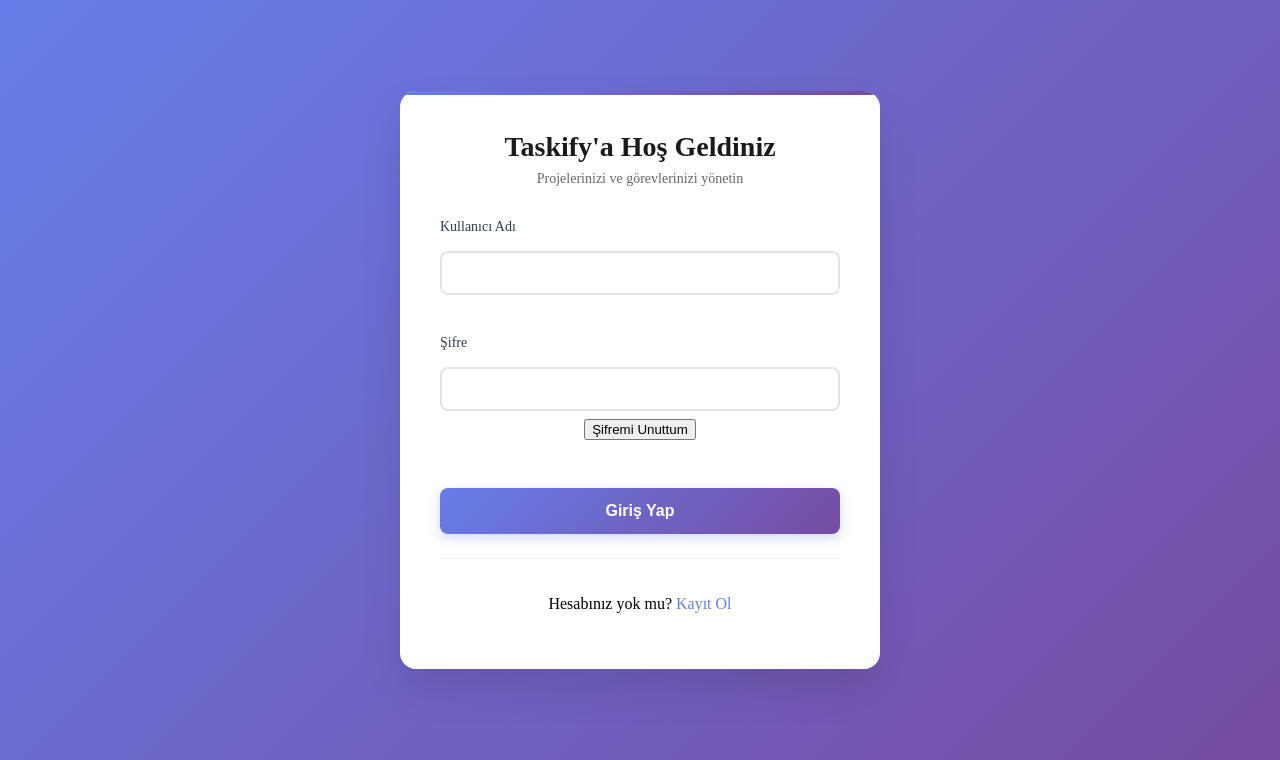
Repository: rumeyssaasya/TaskifyFrontendExample
Page: /tasks
These files come from the project's save history. The page is drawn as it stood at one moment and after the next save; the edit follows.
The browser window is 1280 px wide. The pictures show the whole page.
The project was rebuilt for these pictures with package versions that can differ from the ones it lists, and the page was loaded fresh each time. Also part of the build but not shown: vite.config.ts, src/pages/Register/register.tsx, src/component/Navbar/navbar.css, src/component/ProfileDropDownMenu/profileDropDownMenu.css, src/component/ProfileDropDownMenu/profileDropDownMenu.tsx, src/component/Navbar/navbar.tsx, src/component/ProjectList/projectList.css, src/component/EditProject/EditProject.tsx and 21 more.

Above is the page before, as saved 2025-08-09 01:47:31.

### index.html
<!doctype html>
<html lang="en">
  <head>
    <meta charset="UTF-8" />
    <link rel="icon" type="image/svg+xml" href="" />
    <meta name="viewport" content="width=device-width, initial-scale=1.0" />
    <title>Taskify</title>
  </head>
  <body>
    <div id="root"></div>
    <script type="module" src="/src/main.tsx"></script>
  </body>
</html>

### src/index.css
:root {
    margin: 0px;
    padding: 0px;
}

body {
    margin: 0px;
    padding: 0px;
}

### src/App.tsx
import './App.css'
import { BrowserRouter, Route, Routes } from 'react-router-dom';
import LoginForm from './pages/Login/login';
import RegisterForm from './pages/Register/register';
import Projects from './pages/Projects/projects';
import ProtectedRoute from './api/ProtectedRoute';
import Tasks from './pages/Tasks/tasks';
import Landing from './pages/Landing/landing';

function App() {
  return (
    <BrowserRouter>
      <Routes>
        <Route path="/" element={<Landing />} />
        <Route path="/auth/register" element={<RegisterForm />} />
         <Route path="/auth/login" element={<LoginForm/>} />
        <Route element={<ProtectedRoute />}>
          <Route path="/projects" element={<Projects />} />
          <Route path="/tasks" element={<Tasks />} />
        </Route>
      </Routes>
    </BrowserRouter>
  )
}

export default App

### src/App.css
#root {
  max-width: 100%;
  margin: 0px;
  padding: 0px;
  text-align: center;
}


@keyframes logo-spin {
  from {
    transform: rotate(0deg);
  }

  to {
    transform: rotate(360deg);
  }
}

### src/pages/Login/login.tsx
import React, { useState } from "react";
import api from "../../api/axios";
import { useNavigate } from "react-router-dom";
import "./login.css";

const LoginForm = () => {
  const [username, setUsername] = useState("");
  const [password, setPassword] = useState("");
  const [error, setError] = useState<string | null>(null);
  const [isLoading, setIsLoading] = useState(false);
  const navigate = useNavigate();

  const handleSubmit = async (e: React.FormEvent<HTMLFormElement>) => {
    e.preventDefault();
    setIsLoading(true);
    setError(null);

    try {
      const response = await api.post("/auth/login", {
        username,
        password,
      });

      const token = response.data.token;
      localStorage.setItem("token", token);
      console.log("Gelen Token:", token);
      navigate("/projects");
    } catch (err) {
      setError("Kullanıcı adı veya şifre hatalı!");
    } finally {
      setIsLoading(false);
    }
  };

  const handleForgotPassword = (e: React.MouseEvent) => {
    e.preventDefault();
    navigate("/auth/forgot-password"); // Şifre sıfırlama sayfasına yönlendir
  };

  return (
    <div className="login-page">
      <div className="login-container">
        <div className="login-header">
          <h1 className="login-title">Taskify'a Hoş Geldiniz</h1>
          <p className="login-subtitle">Projelerinizi ve görevlerinizi yönetin</p>
        </div>

        <form onSubmit={handleSubmit} className="login-form">
          {error && <div className="error-message">{error}</div>}

          <div className="form-group">
            <label className="form-label">Kullanıcı Adı</label>
            <input
              type="text"
              className="form-input"
              value={username}
              onChange={(e) => setUsername(e.target.value)}
              required
              disabled={isLoading}
            />
          </div>

          <div className="form-group">
            <label className="form-label">Şifre</label>
            <input
              type="password"
              className="form-input"
              value={password}
              onChange={(e) => setPassword(e.target.value)}
              required
              disabled={isLoading}
            />
            <div className="forgot-password-container">
              <button
                className="forgot-password-btn"
                onClick={handleForgotPassword}
                disabled={isLoading}
              >
                Şifremi Unuttum
              </button>
            </div>
          </div>

          <button type="submit" className="login-btn" disabled={isLoading}>
            {isLoading && <span className="loading-spinner"></span>}
            {isLoading ? "Giriş Yapılıyor..." : "Giriş Yap"}
          </button>
        </form>

        <div className="login-footer">
          <p>
            Hesabınız yok mu?{" "}
            <a href="/register" className="login-link" onClick={(e) => {
              e.preventDefault();
              navigate("/auth/register");
            }}>
              Kayıt Ol
            </a>
          </p>
        </div>
      </div>
    </div>
  );
};

export default LoginForm;

### src/api/ProtectedRoute.tsx
//login olmadan UI tarafa erişim sağlanmasını engellemek için
import { Navigate, Outlet } from "react-router-dom";

const ProtectedRoute = () => {
  const token = localStorage.getItem("token");
  return token ? <Outlet /> : <Navigate to="/auth/login" replace /> ;// token varsa içeriye yönlendir, yoksa login sayfasına yönlendir
};

export default ProtectedRoute;

### src/api/axios.ts
import axios from 'axios';

// 1. Axios instance oluşturuyoruz, böylece tüm isteklerde aynı baseURL kullanılır
const api = axios.create({
  baseURL: 'http://localhost:8080/', // Backend adresin, kendi projenin URL'si
});

// 2. İstek gönderilmeden önce çalışacak interceptor ekliyoruz
api.interceptors.request.use(config => {
  // 3. localStorage'dan token'ı alıyoruz
  const token = localStorage.getItem('token');

  // 4. Eğer token varsa, istek header'ına ekliyoruz
  if (token!== null) {
    config.headers.Authorization = `Bearer ${token}`;
  }

  // 5. İsteği geri döndür, böylece axios devam edebilir
  return config;
}, error => {
  // 6. Hata varsa burada yakalayabiliriz
  console.error("Axios request error:", error);
  return Promise.reject(error);

});

export default api;

### src/pages/Login/login.css
/* Login Page Styles */
.login-page {
    min-height: 100vh;
    display: flex;
    align-items: center;
    justify-content: center;
    background: linear-gradient(135deg, #667eea 0%, #764ba2 100%);
    padding: 20px;
}

.login-container {
    background: white;
    border-radius: 16px;
    box-shadow: 0 20px 40px rgba(0, 0, 0, 0.1);
    padding: 40px;
    width: 100%;
    max-width: 400px;
    position: relative;
    overflow: hidden;
}

.login-container::before {
    content: '';
    position: absolute;
    top: 0;
    left: 0;
    right: 0;
    height: 4px;
    background: linear-gradient(90deg, #667eea, #764ba2);
}

.login-header {
    text-align: center;
    margin-bottom: 32px;
}

.login-title {
    font-size: 28px;
    font-weight: 700;
    color: #1a1a1a;
    margin: 0 0 8px 0;
}

.login-subtitle {
    color: #666;
    font-size: 14px;
    margin: 0;
}

.login-form {
    display: flex;
    flex-direction: column;
    gap: 20px;
}

.form-group {
    display: flex;
    flex-direction: column;
    gap: 8px;
}

.form-label {
    font-weight: 600;
    color: #333;
    font-size: 14px;
}

.form-input {
    padding: 14px 16px;
    border: 2px solid #e1e5e9;
    border-radius: 8px;
    font-size: 14px;
    transition: all 0.3s ease;
    background: white;
}

.form-input:focus {
    outline: none;
    border-color: #667eea;
    box-shadow: 0 0 0 3px rgba(102, 126, 234, 0.1);
}

.login-btn {
    padding: 14px 24px;
    background: linear-gradient(135deg, #667eea, #764ba2);
    color: white;
    border: none;
    border-radius: 8px;
    font-weight: 600;
    font-size: 16px;
    cursor: pointer;
    transition: all 0.3s ease;
    box-shadow: 0 4px 12px rgba(102, 126, 234, 0.3);
    margin-top: 8px;
}

.login-btn:hover {
    transform: translateY(-2px);
    box-shadow: 0 6px 16px rgba(102, 126, 234, 0.4);
}

.login-btn:active {
    transform: translateY(0);
}

.login-btn:disabled {
    background: #ccc;
    cursor: not-allowed;
    transform: none;
    box-shadow: none;
}

.login-footer {
    text-align: center;
    margin-top: 24px;
    padding-top: 20px;
    border-top: 1px solid #f0f0f0;
}

.login-link {
    color: #667eea;
    text-decoration: none;
    font-weight: 500;
    transition: color 0.3s ease;
}

.login-link:hover {
    color: #764ba2;
    text-decoration: underline;
}

.error-message {
    background: #ffebee;
    color: #c62828;
    padding: 12px 16px;
    border-radius: 8px;
    font-size: 14px;
    border: 1px solid #ffcdd2;
    margin-bottom: 16px;
}

.success-message {
    background: #e8f5e8;
    color: #2e7d32;
    padding: 12px 16px;
    border-radius: 8px;
    font-size: 14px;
    border: 1px solid #c8e6c9;
    margin-bottom: 16px;
}

.loading-spinner {
    display: inline-block;
    width: 16px;
    height: 16px;
    border: 2px solid rgba(255, 255, 255, 0.3);
    border-radius: 50%;
    border-top-color: white;
    animation: spin 1s ease-in-out infinite;
    margin-right: 8px;
}

@keyframes spin {
    to {
        transform: rotate(360deg);
    }
}

.password-toggle {
    position: relative;
}

.password-toggle-btn {
    position: absolute;
    right: 12px;
    top: 50%;
    transform: translateY(-50%);
    background: none;
    border: none;
    cursor: pointer;
    color: #666;
    font-size: 16px;
    padding: 4px;
}

.password-toggle-btn:hover {
    color: #333;
}

/* Responsive Design */
@media (max-width: 480px) {
    .login-container {
        padding: 24px;
        margin: 10px;
    }

    .login-title {
        font-size: 24px;
    }

    .form-input {
        padding: 12px 14px;
    }

    .login-btn {
        padding: 12px 20px;
        font-size: 14px;
    }
}

### src/component/CreateProject/createProject.css
/* CreateProject Component Styles */
.create-project-container {
    background: white;
    padding: 20px;
    border-radius: 12px;
    box-shadow: 0 2px 12px rgba(0, 0, 0, 0.08);
    margin-top: 20px;
    border: 2px solid #e3f2fd;
}

.create-project-title {
    font-size: 18px;
    font-weight: 600;
    color: #333;
    margin-bottom: 16px;
    display: flex;
    align-items: center;
    gap: 8px;
}

.create-project-title::before {
    content: '+';
    background: #1976d2;
    color: white;
    width: 24px;
    height: 24px;
    border-radius: 50%;
    display: flex;
    align-items: center;
    justify-content: center;
    font-weight: bold;
    font-size: 16px;
}

.create-project-form {
    display: flex;
    flex-direction: column;
    gap: 16px;
}

.form-group {
    display: flex;
    flex-direction: column;
    gap: 8px;
}

.form-label {
    font-weight: 600;
    color: #333;
    font-size: 14px;
}

.form-input {
    padding: 12px 16px;
    border: 2px solid #e1e5e9;
    border-radius: 8px;
    font-size: 14px;
    transition: all 0.3s ease;
    background: white;
}

.form-input:focus {
    outline: none;
    border-color: #1976d2;
    box-shadow: 0 0 0 3px rgba(25, 118, 210, 0.1);
}

.form-textarea {
    padding: 12px 16px;
    border: 2px solid #e1e5e9;
    border-radius: 8px;
    font-size: 14px;
    transition: all 0.3s ease;
    background: white;
    resize: vertical;
    min-height: 80px;
    font-family: inherit;
}

.form-textarea:focus {
    outline: none;
    border-color: #1976d2;
    box-shadow: 0 0 0 3px rgba(25, 118, 210, 0.1);
}

.form-select {
    padding: 12px 16px;
    border: 2px solid #e1e5e9;
    border-radius: 8px;
    font-size: 14px;
    transition: all 0.3s ease;
    background: white;
    cursor: pointer;
}

.form-select:focus {
    outline: none;
    border-color: #1976d2;
    box-shadow: 0 0 0 3px rgba(25, 118, 210, 0.1);
}

.date-input {
    padding: 12px 16px;
    border: 2px solid #e1e5e9;
    border-radius: 8px;
    font-size: 14px;
    transition: all 0.3s ease;
    background: white;
    cursor: pointer;
}

.date-input:focus {
    outline: none;
    border-color: #1976d2;
    box-shadow: 0 0 0 3px rgba(25, 118, 210, 0.1);
}

.checkbox-group {
    display: flex;
    align-items: center;
    gap: 8px;
    cursor: pointer;
}

.checkbox-input {
    width: 18px;
    height: 18px;
    accent-color: #1976d2;
    cursor: pointer;
}

.checkbox-label {
    font-size: 14px;
    color: #555;
    cursor: pointer;
}

.create-project-btn {
    padding: 12px 24px;
    background: linear-gradient(135deg, #1976d2, #1565c0);
    color: white;
    border: none;
    border-radius: 8px;
    font-weight: 600;
    font-size: 14px;
    cursor: pointer;
    transition: all 0.3s ease;
    box-shadow: 0 4px 12px rgba(25, 118, 210, 0.3);
    align-self: flex-start;
}

.create-project-btn:hover {
    transform: translateY(-2px);
    box-shadow: 0 6px 16px rgba(25, 118, 210, 0.4);
}

.create-project-btn:active {
    transform: translateY(0);
}

.create-project-btn:disabled {
    background: #ccc;
    cursor: not-allowed;
    transform: none;
    box-shadow: none;
}

.form-row {
    display: flex;
    gap: 16px;
}

.form-row .form-group {
    flex: 1;
}

.error-message {
    color: #dc3545;
    font-size: 12px;
    margin-top: 4px;
}

.success-message {
    color: #28a745;
    font-size: 12px;
    margin-top: 4px;
}

### src/component/CreateTask/createTask.css
/* CreateTask Component Styles */
.create-task-form {
    display: flex;
    flex-direction: column;
    gap: 16px;
    max-width: 500px;
}

.form-group {
    display: flex;
    flex-direction: column;
    gap: 8px;
}

.form-label {
    font-weight: 600;
    color: #333;
    font-size: 14px;
}

.form-input {
    padding: 12px 16px;
    border: 2px solid #e1e5e9;
    border-radius: 8px;
    font-size: 14px;
    transition: all 0.3s ease;
    background: white;
}

.form-input:focus {
    outline: none;
    border-color: #1976d2;
    box-shadow: 0 0 0 3px rgba(25, 118, 210, 0.1);
}

.form-textarea {
    padding: 12px 16px;
    border: 2px solid #e1e5e9;
    border-radius: 8px;
    font-size: 14px;
    transition: all 0.3s ease;
    background: white;
    resize: vertical;
    min-height: 100px;
    font-family: inherit;
}

.form-textarea:focus {
    outline: none;
    border-color: #1976d2;
    box-shadow: 0 0 0 3px rgba(25, 118, 210, 0.1);
}

.form-select {
    padding: 12px 16px;
    border: 2px solid #e1e5e9;
    border-radius: 8px;
    font-size: 14px;
    transition: all 0.3s ease;
    background: white;
    cursor: pointer;
}

.form-select:focus {
    outline: none;
    border-color: #1976d2;
    box-shadow: 0 0 0 3px rgba(25, 118, 210, 0.1);
}

.submit-btn {
    padding: 12px 24px;
    background: linear-gradient(135deg, #1976d2, #1565c0);
    color: white;
    border: none;
    border-radius: 8px;
    font-weight: 600;
    font-size: 14px;
    cursor: pointer;
    transition: all 0.3s ease;
    box-shadow: 0 4px 12px rgba(25, 118, 210, 0.3);
    align-self: flex-start;
}

.submit-btn:hover {
    transform: translateY(-2px);
    box-shadow: 0 6px 16px rgba(25, 118, 210, 0.4);
}

.submit-btn:active {
    transform: translateY(0);
}

.submit-btn:disabled {
    background: #ccc;
    cursor: not-allowed;
    transform: none;
    box-shadow: none;
}

.form-row {
    display: flex;
    gap: 16px;
}

.form-row .form-group {
    flex: 1;
}

.error-message {
    color: #dc3545;
    font-size: 12px;
    margin-top: 4px;
}

.success-message {
    color: #28a745;
    font-size: 12px;
    margin-top: 4px;
}

### src/component/EditProject/EditProject.css
.modal-overlay {
  position: fixed;
  top: 0;
  left: 0;
  right: 0;
  bottom: 0;
  background-color: rgba(0, 0, 0, 0.5);
  display: flex;
  justify-content: center;
  align-items: center;
  z-index: 1000;
  backdrop-filter: blur(2px);
  animation: fadeIn 0.3s ease;
}

@keyframes fadeIn {
  from {
    opacity: 0;
  }

  to {
    opacity: 1;
  }
}

.modal {
  background-color: white;
  padding: 24px;
  border-radius: 12px;
  max-width: 500px;
  width: 90%;
  box-shadow: 0 4px 20px rgba(0, 0, 0, 0.15);
  position: relative;
  z-index: 1001;
  animation: slideUp 0.3s ease;
}

@keyframes slideUp {
  from {
    transform: translateY(20px);
    opacity: 0;
  }

  to {
    transform: translateY(0);
    opacity: 1;
  }
}

.modal-header {
  display: flex;
  justify-content: space-between;
  align-items: center;
  margin-bottom: 20px;
}

.modal-header h2 {
  margin: 0;
  color: #2c3e50;
  font-size: 1.5rem;
}

.close-button {
  background: none;
  border: none;
  font-size: 1.8rem;
  cursor: pointer;
  color: #7f8c8d;
  padding: 0 8px;
  line-height: 1;
  transition: color 0.2s ease;
}

.close-button:hover {
  color: #2c3e50;
}

.close-button:disabled {
  color: #bdbdbd;
  cursor: not-allowed;
}

.form-group {
  margin-bottom: 20px;
}

.form-group label {
  display: block;
  margin-bottom: 8px;
  font-weight: 500;
  color: #2c3e50;
}

.form-group label::after {
  content: '*';
  color: #d32f2f;
  margin-left: 4px;
  opacity: 0;
}

.form-group label[for="project-name"]::after {
  opacity: 1;
}

.form-input {
  width: 100%;
  padding: 12px;
  border: 1px solid #e1e5e9;
  border-radius: 8px;
  font-size: 1rem;
  transition: all 0.3s ease;
  box-sizing: border-box;
  font-family: inherit;
}

.form-input:focus {
  outline: none;
  border-color: #1976d2;
  box-shadow: 0 0 0 2px rgba(25, 118, 210, 0.2);
}

textarea.form-input {
  resize: vertical;
  min-height: 100px;
}

.char-counter {
  text-align: right;
  font-size: 0.8rem;
  color: #7f8c8d;
  margin-top: 4px;
}

.error-message {
  color: #d32f2f;
  background-color: #ffebee;
  padding: 12px;
  border-radius: 8px;
  margin: 16px 0;
  font-size: 0.9rem;
  animation: shake 0.5s ease;
}

@keyframes shake {

  0%,
  100% {
    transform: translateX(0);
  }

  20%,
  60% {
    transform: translateX(-5px);
  }

  40%,
  80% {
    transform: translateX(5px);
  }
}

.modal-actions {
  display: flex;
  gap: 12px;
  justify-content: flex-end;
  margin-top: 24px;
}

.btn {
  padding: 10px 20px;
  border: none;
  border-radius: 8px;
  font-weight: 600;
  cursor: pointer;
  font-size: 1rem;
  transition: all 0.3s ease;
  display: inline-flex;
  align-items: center;
  justify-content: center;
  min-width: 100px;
}

.btn-primary {
  background: #1976d2;
  color: #fff;
}

.btn-primary:hover {
  background: #1565c0;
}

.btn-primary:disabled {
  background: #90caf9;
  cursor: not-allowed;
}

.btn-secondary {
  background: #f5f5f5;
  color: #2c3e50;
}

.btn-secondary:hover {
  background: #e0e0e0;
}

.btn-secondary:disabled {
  background: #f5f5f5;
  color: #bdbdbd;
  cursor: not-allowed;
}

.spinner {
  display: inline-block;
  width: 16px;
  height: 16px;
  border: 2px solid rgba(255, 255, 255, 0.3);
  border-radius: 50%;
  border-top-color: white;
  animation: spin 1s ease-in-out infinite;
  margin-right: 8px;
}

@keyframes spin {
  to {
    transform: rotate(360deg);
  }
}

@media (max-width: 480px) {
  .modal {
    padding: 16px;
  }

  .modal-actions {
    flex-direction: column-reverse;
    gap: 8px;
  }

  .btn {
    width: 100%;
  }
}

Loaded but not shown: src/main.tsx (common file); src/pages/Register/register.css (318 lines, source omitted)

After the next save:
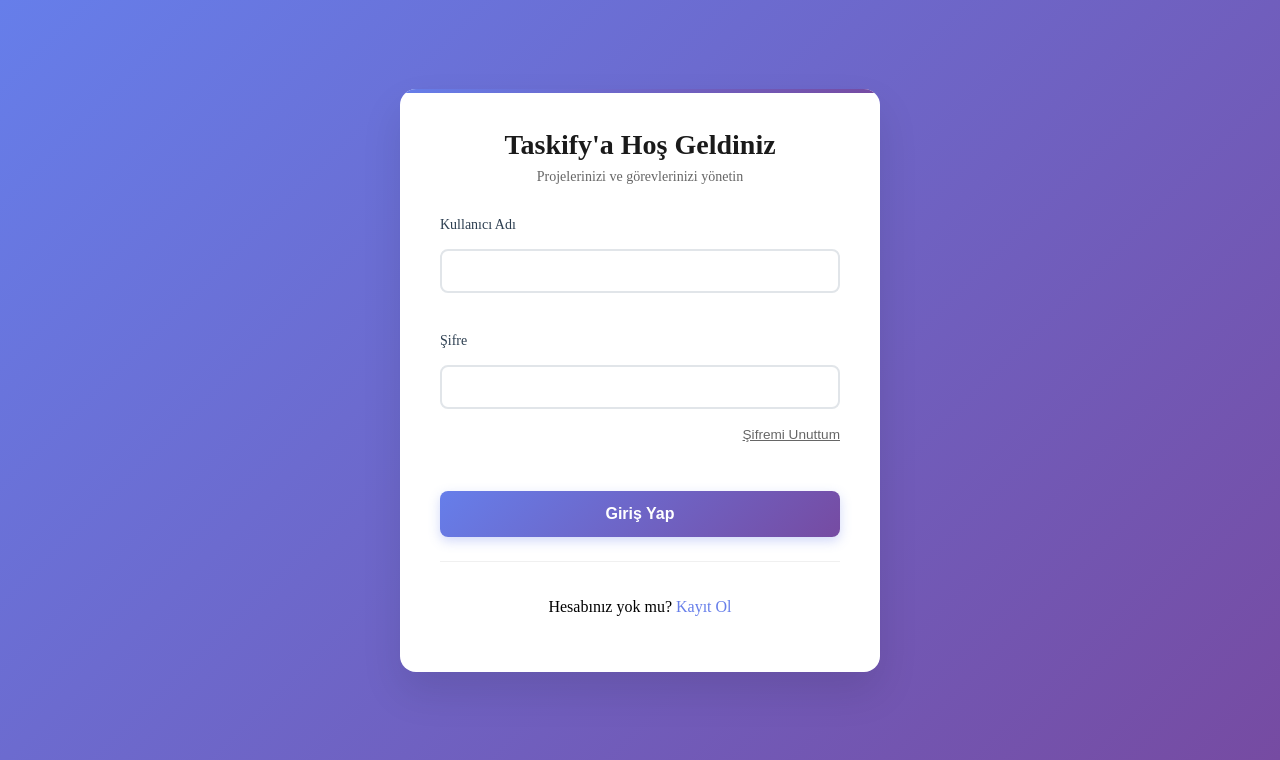
Saved 26 s later.
--- a/src/pages/Login/login.css
+++ b/src/pages/Login/login.css
@@ -158,6 +158,31 @@
     border-top-color: white;
     animation: spin 1s ease-in-out infinite;
     margin-right: 8px;
+}
+
+.forgot-password-container {
+    text-align: right;
+    margin-top: 8px;
+}
+
+.forgot-password-btn {
+    background: none;
+    border: none;
+    color: #666;
+    font-size: 0.85rem;
+    cursor: pointer;
+    padding: 0;
+    text-decoration: underline;
+}
+
+.forgot-password-btn:hover {
+    color: #333;
+}
+
+.forgot-password-btn:disabled {
+    color: #ccc;
+    cursor: not-allowed;
+    text-decoration: none;
 }
 
 @keyframes spin {
